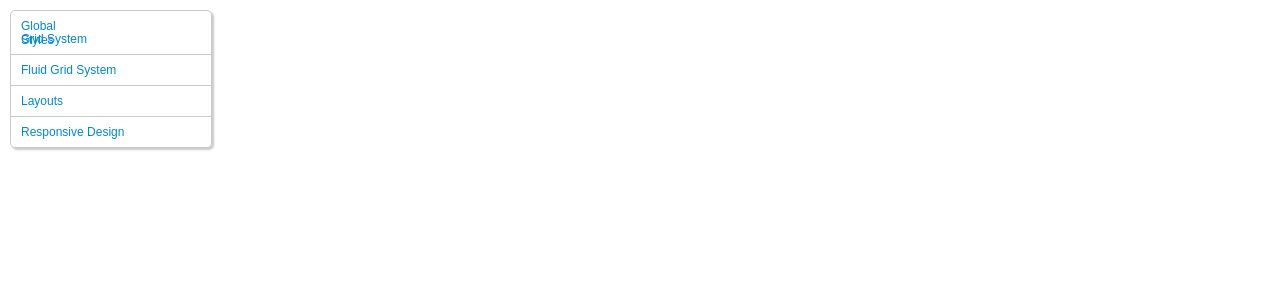
Repository: Sakivaday/UI-TSQ
Page: Aptana Studio 3 Workspace/tsq/assignment3/nav.html
These files come from the project's save history. The page is drawn as it stood at one moment and after the next save; the edit follows.
The browser window is 1280 px wide. The pictures show the whole page.
Pictures or frames that could not be fetched are drawn as grey boxes.

Above is the page before, as saved 2015-01-16 20:30:38.

### Aptana Studio 3 Workspace/tsq/assignment3/nav.html
<!DOCTYPE html>
<html lang="en">
	<head>
		<title>NavTest</title>


        <link href ="navstyle.css"  rel="stylesheet" type="text/css" media="all"/>
	</head>

	<body>
		<div class="side-nav">
            <ul>
            	<div class="pic">
                <li><a href="#">Global Styles</a></li>
               </div>

            <li><a href="#">Grid System</a></li>

            <li><a href="#">Fluid Grid System</a></li>

            <li><a href="#">Layouts</a></li>

            <li><a href="#">Responsive Design</a></li>
            </ul>
        </div>
	</body>
</html>

### Aptana Studio 3 Workspace/tsq/assignment3/navstyle.css
body{
    font:12px "Arial";

}
*{
margin:0px;
padding:0px;
}
a{
text-decoration:none;
color:#0088cc;
}
.side-nav{
border:1px solid #cacaca;
width:200px;
margin:10px;
border-radius:5px;
box-shadow:2px 2px 2px #cacaca;
}
.side-nav ul{

list-style:none;
}
.side-nav ul li a{
    border-bottom:1px solid #cacaca;
    display:block;
    padding:8px 10px;
}
.side-nav ul li a:hover{
    background-color:#f5f5f5;
}
.side-nav ul li:last-child a{
    border-bottom:0px none;
}
h1{
    cursor:pointer;
}

.side-nav ul .pic{

	background: url('pictures/icons.png') no-repeat;
width:8px;
height:13px;
background-position: -460px -74px;
}

After the next save:
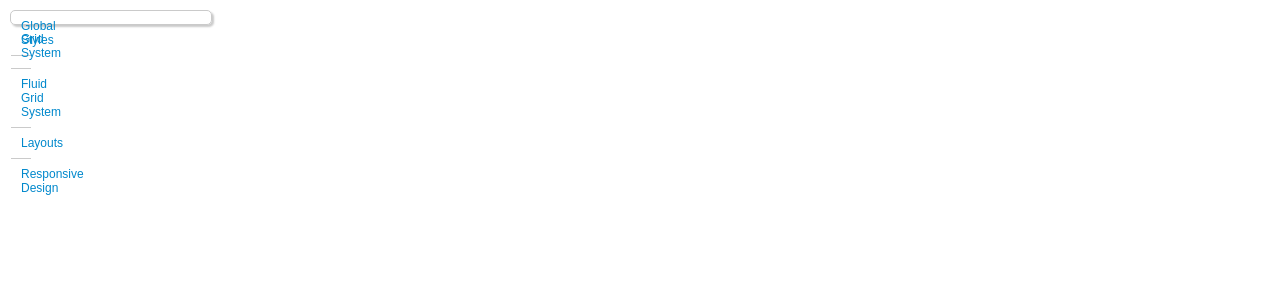
Saved 47 s later.
--- a/Aptana Studio 3 Workspace/tsq/assignment3/nav.html
+++ b/Aptana Studio 3 Workspace/tsq/assignment3/nav.html
@@ -11,8 +11,8 @@
 		<div class="side-nav">
             <ul>
             	<div class="pic">
-                <li><a href="#">Global Styles</a></li>
-               </div>
+                <li><div class="pic"><a href="#">Global Styles</a></div></li>
+
 
             <li><a href="#">Grid System</a></li>
 

After the save that followed:
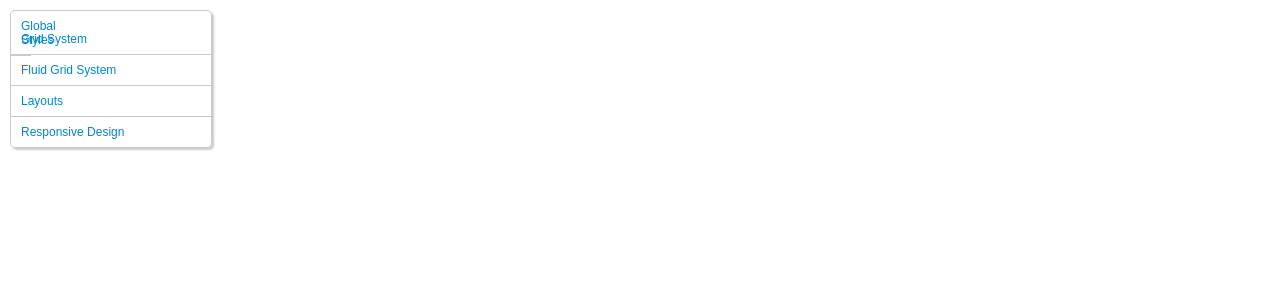
Saved 26 s later.
--- a/Aptana Studio 3 Workspace/tsq/assignment3/nav.html
+++ b/Aptana Studio 3 Workspace/tsq/assignment3/nav.html
@@ -10,7 +10,7 @@
 	<body>
 		<div class="side-nav">
             <ul>
-            	<div class="pic">
+
                 <li><div class="pic"><a href="#">Global Styles</a></div></li>
 
 
